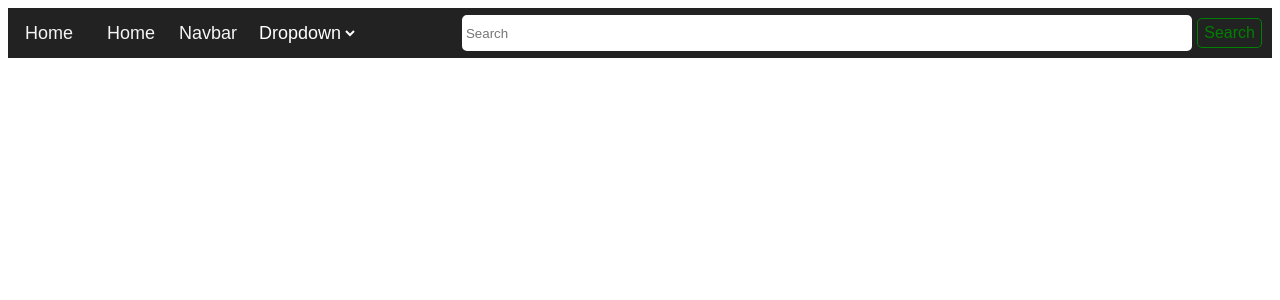
Repository: CryptoFamilyNFT/develhope
Page: html/svg.html
These files come from the project's save history. The page is drawn as it stood at one moment and after the next save; the edit follows.
The browser window is 1280 px wide. The pictures show the whole page.

Above is the page before, as saved 2024-11-02 10:59:55.

### html/svg.html
<!DOCTYPE html>
<html lang="en">

<head>
    <meta charset="UTF-8">
    <meta name="viewport" content="width=device-width, initial-scale=1.0">
    <title>Esercizio SVG</title>
</head>

<style>
    nav {
        background-color: #222;
        display: flex;
        flex-direction: row;
        height: 50px;
        width: 100%;
    }

    ul {
        list-style-type: none;
        display: flex;
        flex-direction: row;
        padding-inline-start: 10px;
        gap: 10px;
    }

    .BarSideLeft {
        padding-left: 10px;
    }

    .txt {
        font-size: 18px;
        font-family: 'Courier New';
        color: white;
    }

    select {
        background-color: transparent;
        font-size: 18px;
        font-size: large;
        color: white;
        border-color: transparent;
    }

    li {
        height: auto;
    }

    input {
        height: 60%;
        border: 2px solid white;
        border-radius: 5px;
        min-width: 80%;
        @media (max-width: 780px) {
            width: auto;
        }
    }

    .buttonSearch {
        height: 60%;
        background-color: transparent;
        border: 1px solid green;
        font-size: medium;
        border-radius: 5px;
        color: green
    }

    .GridBar {
        display: flex;
        flex-direction: row;
        grid-row: 1;
        align-items: center;
        width: 100%;
        height: 100%;
    }

    .RightSideBar {
        width: 100%;
        height: 100%;
        display: flex;
        flex-direction: row;
        justify-content: flex-end;
        padding-right: 10px;
        align-items: center;
        gap: 5px;
    }

    .LogoText {
        display: flex;
        flex-direction: row;
        padding-inline-start: 10px;
        align-items: center;
    }

    .NavButton {
        height: auto;
        background-color: transparent;
        border: 1px solid transparent;
        font-size: large;
        color: whitesmoke;
    }
</style>

<body>
    <header>
        <nav>
            <div class="GridBar">
                <div class="LogoText">
                    <button class="NavButton">
                        Home
                    </button>
                </div>
                <div class="BarSideLeft">
                    <ul>
                        <li>
                            <button class="NavButton">
                                Home
                            </button>
                        </li>
                        <li>
                            <button class="NavButton">
                                Navbar
                            </button>
                        </li>
                        <li>
                            <select>
                                <option value="Dropdown">
                                    <div class="text">Dropdown</div>
                                </option>
                                <hr />
                                <option value="FAQ">FAQ</option>
                                <option value="T&C">T&C</option>
                            </select>
                        </li>
                    </ul>
                </div>
                <div class="RightSideBar">
                    <input placeholder="Search">
                    <button class="buttonSearch">
                        Search
                    </button>
                </div>
            </div>
        </nav>
    </header>
    <main>
        <!-- Contento main -->
    </main>
    <footer>
        <!-- Contento footer -->
    </footer>
</body>

</html>

After the next save:
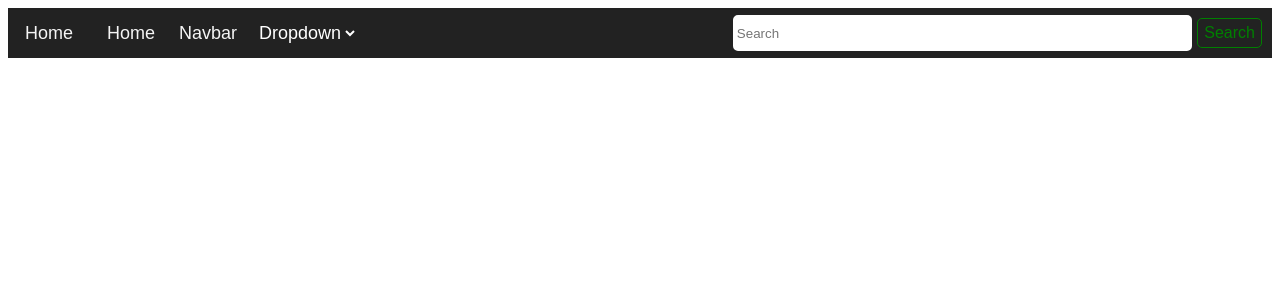
Saved 4 s later.
--- a/html/svg.html
+++ b/html/svg.html
@@ -50,7 +50,7 @@
         height: 60%;
         border: 2px solid white;
         border-radius: 5px;
-        min-width: 80%;
+        min-width: 50%;
         @media (max-width: 780px) {
             width: auto;
         }
